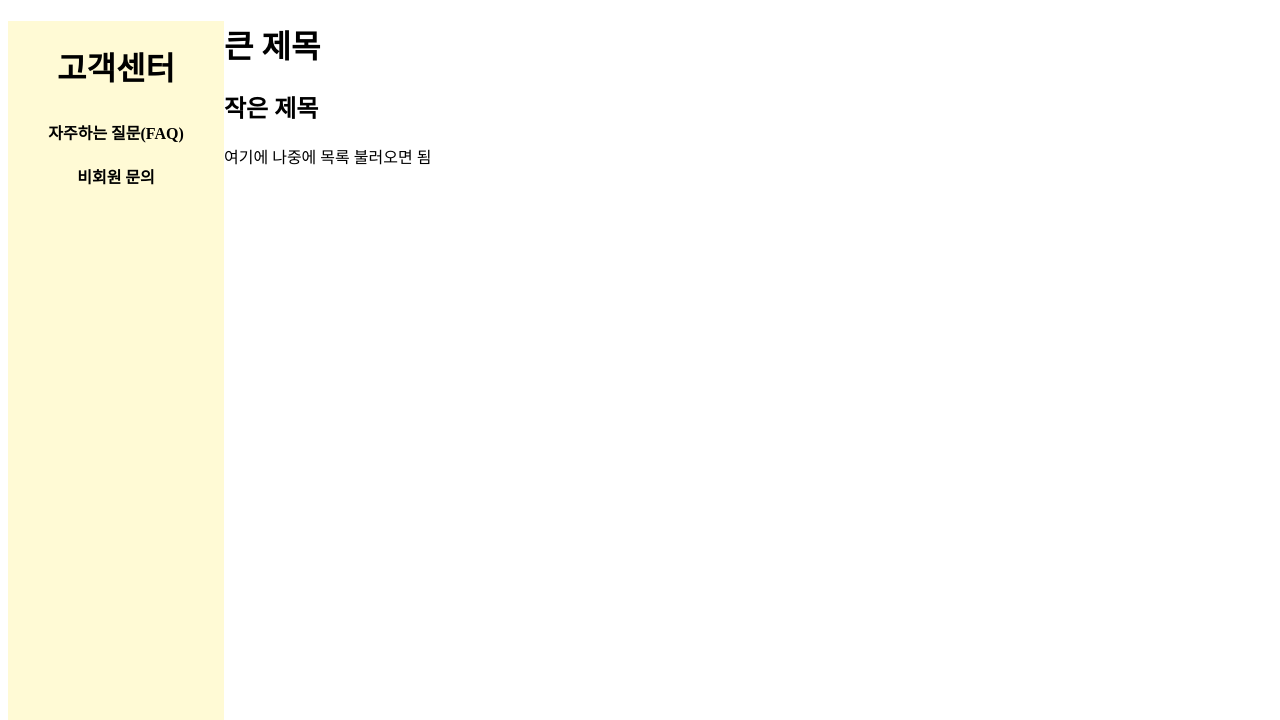
Repository: hyodii/FinalProject
Page: http://localhost/ViewPage/qanSideTap.jsp
An editor plug-in stored every save of this project. The page is shown before and after the next save, followed by the edit.
The browser window is 1280 px wide. The pictures show the whole page.
The page is served by Tomcat 9.

Above is the page before, as saved 2021-12-08 04:58:07.

### ViewPage/WebContent/qanSideTap.jsp
<%@ page language="java" contentType="text/html; charset=UTF-8"
	pageEncoding="UTF-8"%>
<!DOCTYPE html>
<html>
<head>
<meta charset="UTF-8">
<title>mainSideTab.jsp</title>
<style type="text/css">
.sidebardiv
{
	list-style-type: none;
	padding: 0px;
	margin: 0px;
	width: 30vh;
	background: #FFFAD5;
	height: 100%;
	overflow: auto;
	position: fixed;
	text-align: center;
}

ul.subSidebar
{
	font-size: small;
}
ul.sidebar, ul.subSidebar
{
	list-style: none;
	padding: 0px;
}
.sidebar li a
{
	text-decoration: none;
	padding: 10px;
	display: block;
	color: #000;
	font-weight: bold;

}

.sidebar li a:hover
{
	background: #ffd34e;
	color: #fff;
}

/* 나중에 여기에 내용 적을 때 적용 css */
.cd1
{
	margin-left: 30vh;
}
</style>

</head>
<body>

<div class="sidebardiv">
	<ul class="sidebar">
		<li><h1>고객센터</h1></li>
		<li><a href="#">자주하는 질문(FAQ)</a></li>
		<li><a href="#">비회원 문의</a></li>
	</ul>
</div>



<div class="cd1">
	<h1>큰 제목</h1>
	<h2>작은 제목</h2>
	<p>여기에 나중에 목록 불러오면 됨</p>


</div>

</body>
</html>

After the next save:
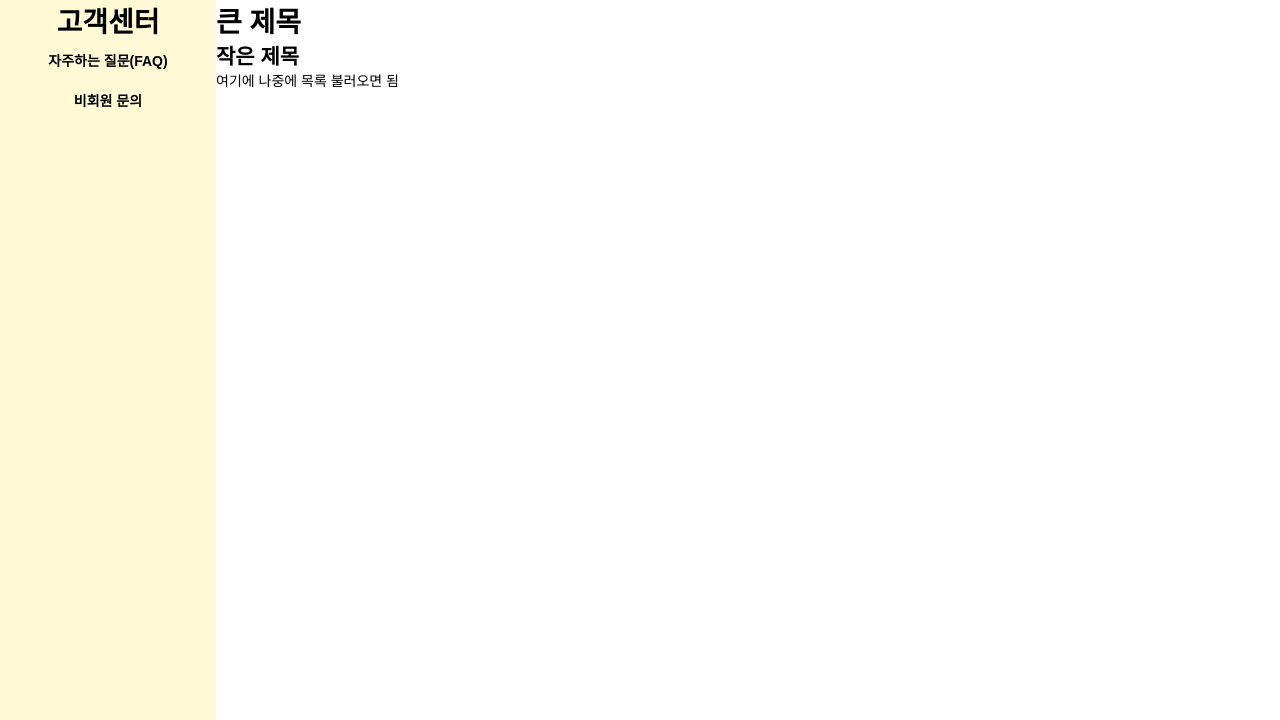
Saved 7 s later.
--- a/ViewPage/WebContent/qanSideTap.jsp
+++ b/ViewPage/WebContent/qanSideTap.jsp
@@ -6,6 +6,24 @@
 <meta charset="UTF-8">
 <title>mainSideTab.jsp</title>
 <style type="text/css">
+
+/*reset*/
+* {margin: 0;padding: 0;}
+body {margin: 0;}
+h1, h2, h3, h4, h5, h6, p, ul, ol, li, dl, dt, dd {margin: 0; padding: 0;}
+h1, h2, h3, h4, h5, h6 {font-weight: 700; }
+a {color: inherit; text-decoration: inherit;}
+img {vertical-align: middle;}
+a img {border: none;}
+li {list-style: none;}
+address, em, i, ul {font-style: normal;}
+
+/*layout*/
+.mo {display: none;}
+.en {font-family: 'Exo 2', sans-serif;}
+body {font-family: 'Noto Sans KR', sans-serif; font-size: 14px;}
+.wrap {margin: 0 auto; }
+
 .sidebardiv
 {
 	list-style-type: none;
